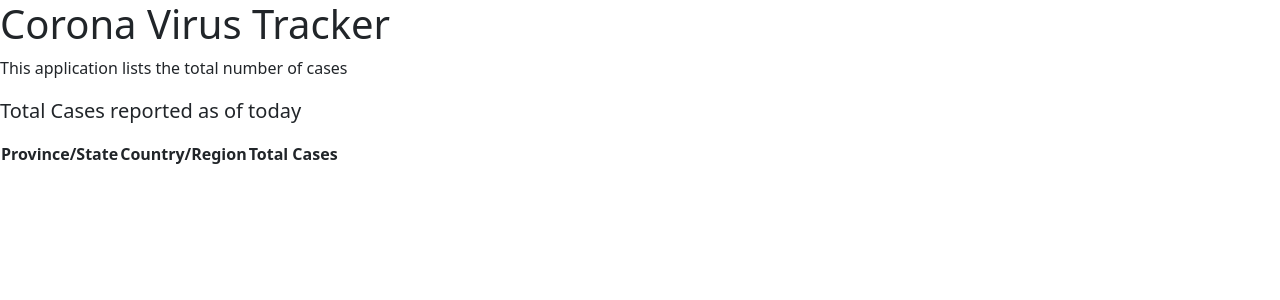
Repository: sharmav2312/coronavirus-tracking-app
Page: http://localhost/home
These files come from the project's save history. The page is drawn as it stood at one moment and after the next save; the edit follows.
The browser window is 1280 px wide. The pictures show the whole page.
The page is this project's Thymeleaf template; nobody is signed in. The template is opened directly, without the code that normally fills it, so the values that code supplies are empty.

Above is the page before, as saved 2021-09-21 21:20:04.

### coronavirus-tracker/src/main/resources/templates/home.html
<h1> Corona Virus Tracker </h1>
<html xmlns:th="http://www.thymeleaf.org">
<head>

<!-- CSS only -->
<link href="https://cdn.jsdelivr.net/npm/bootstrap@5.1.1/dist/css/bootstrap.min.css" rel="stylesheet" integrity="sha384-F3w7mX95PdgyTmZZMECAngseQB83DfGTowi0iMjiWaeVhAn4FJkqJByhZMI3AhiU" crossorigin="anonymous">

</head>
<body>

<p> This application lists the total number of cases </p>

<div class="jumbotron">
  <h1 class="display-4" th:text="${totalReportedCases}">Hello, world!</h1>
  <p class="lead">Total Cases reported as of today</p>
</div>

<table>
      <tr>
        <th>Province/State</th>
        <th>Country/Region</th>
        <th>Total Cases</th>
      </tr>
      <tr th:each="stat : ${locationStats}">
        <td th:text="${stat.state}"></td>
        <td th:text="${stat.country}"></td>
        <td th:text="${stat.latestTotalCases}"></td>
      </tr>
    </table>


</body>

After the next save:
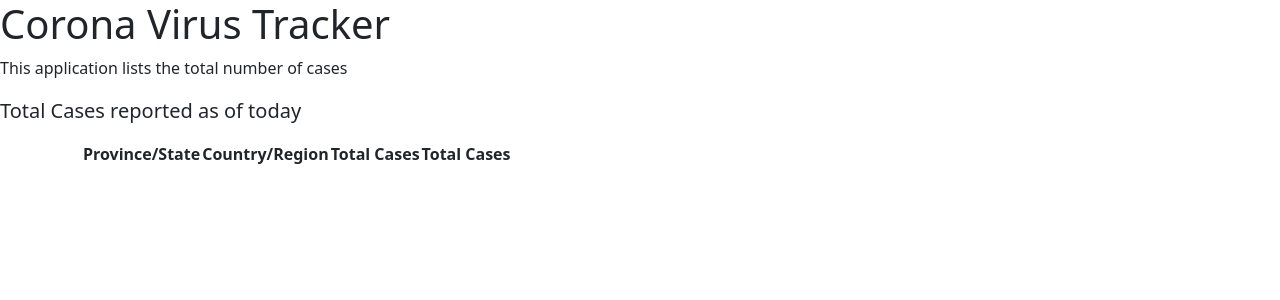
Saved 115 s later.
--- a/coronavirus-tracker/src/main/resources/templates/home.html
+++ b/coronavirus-tracker/src/main/resources/templates/home.html
@@ -15,10 +15,12 @@
   <p class="lead">Total Cases reported as of today</p>
 </div>
 
+<div class="container">
 <table>
       <tr>
         <th>Province/State</th>
         <th>Country/Region</th>
+        <th>Total Cases</th>
         <th>Total Cases</th>
       </tr>
       <tr th:each="stat : ${locationStats}">
@@ -27,6 +29,7 @@
         <td th:text="${stat.latestTotalCases}"></td>
       </tr>
     </table>
+</div>
 
 
 </body>
